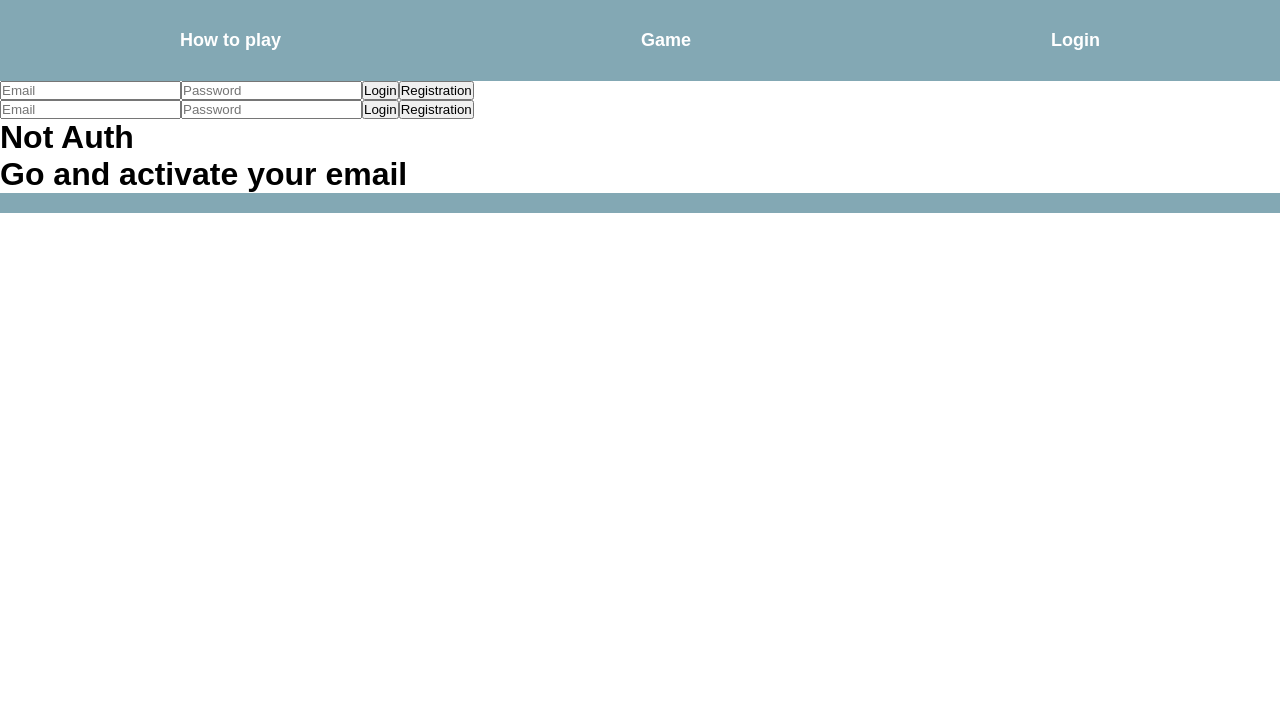
Repository: nika-otter/2048
Page: /login (app in client/)
These files come from the project's save history. The page is drawn as it stood at one moment and after the next save; the edit follows.
The browser window is 1280 px wide. The pictures show the whole page.
The project was rebuilt for these pictures with package versions that can differ from the ones it lists, and the page was loaded fresh each time. Also part of the build but not shown: client/src/pages/account/index.jsx, client/src/components/GamePage/GamePage.module.scss, client/src/components/ScoreTable/ScoreTable.module.scss, client/src/components/ScoreTable/ScoreTable.jsx, client/src/components/Game/Tile.jsx, client/src/components/Game/Cell.jsx, client/src/helper/index.js, client/src/hooks/useEvent.jsx and 5 more. Imported but missing from the stored project, and not drawn on this page: client/src/components/InstructionPage/InstructionPage.

Above is the page before, as saved 2023-04-30 16:32:00.

### client/src/index.js
import React from "react";
import ReactDOM from "react-dom/client";
import "./index.css";
import App from "./App";
import { BrowserRouter } from "react-router-dom";
import Store from "./store/store";

const store = new Store();

export const Context = React.createContext({
  store,
});

const root = ReactDOM.createRoot(document.getElementById("root"));
root.render(
  <Context.Provider value={{ store }}>
    <BrowserRouter>
      <App />
    </BrowserRouter>
  </Context.Provider>
);

### client/src/index.css
* {
  box-sizing: border-box;
  margin: 0;
  padding: 0;
}
#root {
  width: 100vw;
  height: 100%;
}

body {
  /* background-color: #ffffff;
  display: flex;
  justify-content: center;
  align-items: center;*/
  /* height: 100vh; */
  height: 100%;
}
html {
  height: 100%;
}
code {
  font-family: source-code-pro, Menlo, Monaco, Consolas, "Courier New",
    monospace;
}

### client/src/App.js
import { useContext, useEffect, useState } from "react";
import "./App.css";
import LoginForm from "./components/Login/LoginForm";
import AppRouter from "./router/AppRouter";
import { Context } from "./index";
import { observer } from "mobx-react-lite";
import UserService from "./services/UserService";
function App() {
  // const { store } = useContext(Context);
  // const [users, setUsers] = useState([]);
  // useEffect(() => {
  //   if (localStorage.getItem("token")) {
  //     // console.log(localStorage.getItem("token"));
  //     store.checkAuth();
  //   }
  // }, []);

  // if (store.isLoading) {
  //   return <div>Loading...</div>;
  // }
  // async function getUsers() {
  //   try {
  //     const response = await UserService.fetchUsers();
  //     setUsers(response.data);
  //     console.log(response);
  //     setUsers(response.data);
  //   } catch {}
  // }
  return (
    <div className="App">
      <AppRouter />
      {/* <h1>{store.isAuth ? `User: ${store.user.email}` : "Not Auth"}</h1>
      <h1>
        {" "}
        {store.user.isActivated ? `Activated` : "Go and activate your email"}
      </h1>
      <button onClick={() => store.logout()}>Logout</button>
      <button onClick={getUsers}>Get users</button>
      {users.map((user) => (
        <div key={user.email}>{user.email}</div>
      ))}      */}
      {/* <LoginForm /> */}
    </div>
  );
}

export default observer(App);

### client/src/store/store.js
import { makeAutoObservable } from "mobx";
import AuthService from "../services/AuthService";
import axios from "axios";
import { API_URL } from "../http";
import UserService from "../services/UserService";

export default class Store {
  user = {};
  isAuth = false;
  isLoading = false;
  scores = {};
  constructor() {
    makeAutoObservable(this);
  }
  setAuth(bool) {
    this.isAuth = bool;
  }
  setUser(user) {
    this.user = user;
  }

  setLoading(bool) {
    this.isLoading = bool;
  }

  setScores(scores) {
    this.scores = scores;
  }

  async login(email, password) {
    console.log("login");
    try {
      const response = await AuthService.login(email, password);
      console.log(response);
      localStorage.setItem("token", response.data.accessToken);
      this.setAuth(true);
      this.setUser(response.data.user);
      console.log(response.data.user);
    } catch (e) {
      console.log(e.response?.data?.message);
    }
  }

  async registration(email, password) {
    try {
      const response = await AuthService.registration(email, password);
      console.log(response);
      localStorage.setItem("token", response.data.accessToken);
      this.setAuth(true);
      this.setUser(response.data.user);
    } catch (e) {
      console.log(e.response?.data?.message);
    }
  }

  async logout() {
    try {
      const response = await AuthService.logout();
      console.log(response);
      localStorage.removeItem("token", response.data.accessToken);
      this.setAuth(false);
      this.setUser({});
    } catch (e) {
      console.log(e.response?.data?.message);
    }
  }

  async checkAuth() {
    console.log("checkAuth");
    this.setLoading(true);
    try {
      const response = await axios.get(`${API_URL}/refresh`, {
        withCredentials: true,
      });
      console.log(response, "response checkAuth");
      console.log(
        response.data.accessToken,
        "response.data.accessToken checkAuth"
      );
      localStorage.setItem("token", response.data.accessToken);

      this.setAuth(true);
      this.setUser(response.data.user);
    } catch (e) {
      console.log(e.response?.data?.message);
    } finally {
      this.setLoading(false);
    }
  }

  async saveScore(email, score) {
    try {
      const response = await UserService.updateScore(email, score);
      //   this.scores = response.data.user.scores;
      console.log(response.data.user.scores);
    } catch (e) {
      console.log(e.response?.data?.message);
    }
  }
  async getScores(email) {
    this.setLoading(true);
    try {
      const response = await UserService.getScores(email);
      console.log(response, "response getScores store");
      this.setScores(response.data.user.scores);
      //   console.log(response.data.user.scores);
    } catch (e) {
      console.log(e.response?.data?.message);
    } finally {
      // this.setLoading(false);
    }
  }
}

### client/src/App.css
.App {
  /* position: relative; */
  display: flex;
  flex-direction: column;
  height: 100%;
  /* background-color: rgb(188, 121, 39); */
}
/* main {
  flex: 1 0 auto;
} */

### client/src/components/Login/LoginForm.js
import React, { useContext, useState } from "react";
import { Context } from "../../index";
import { observer } from "mobx-react-lite";

const LoginForm = () => {
  const [email, setEmail] = useState("");
  const [password, setPassword] = useState("");
  const { store } = useContext(Context);

  return (
    <div>
      <input
        onChange={(e) => setEmail(e.target.value)}
        value={email}
        type="text"
        placeholder="Email"
      />
      <input
        onChange={(e) => setPassword(e.target.value)}
        value={password}
        type="password"
        placeholder="Password"
      />
      <button onClick={() => store.login(email, password)}>Login</button>
      <button onClick={() => store.registration(email, password)}>
        Registration
      </button>
    </div>
  );
};
export default observer(LoginForm);

### client/src/router/AppRouter.jsx
import { Routes, Route } from "react-router-dom";
import Account from "../pages/Account";
import Game from "../pages/Game";
import Instruction from "../pages/Instruction";
import Login from "../pages/Login";

const AppRouter = () => {
  return (
    <Routes>
      {/* <Route path="/game" element={<Game />} /> */}
      {/* <Route path="/account" element={<Account />} /> */}
      <Route path="/how-to-play" element={<Instruction />} />
      <Route path="/" element={<Game />} />
      <Route path="/login" element={<Login />} />
    </Routes>
  );
};

export default AppRouter;

### client/src/services/UserService.js
import $api from "../http";
export default class UserService {
  static fetchUsers() {
    return $api.get("/users");
  }

  static updateScore(email, score) {
    return $api.post(`/score`, { email, score });
  }

  static async getScores(email) {
    return $api.post(`/scores`, { email });
  }
}

### client/src/services/AuthService.js
import $api from "../http";
export default class AuthService {
  static async login(email, password) {
    return $api.post("/login", { email, password });
  }
  static async registration(email, password) {
    return $api.post("/registration", { email, password });
  }
  static async logout() {
    return $api.post("/logout");
  }
}

### client/src/http/index.js
import axios from "axios";

export const API_URL = "http://localhost:5000/api";

const $api = axios.create({
  withCredentials: true,
  baseURL: API_URL,
});

$api.interceptors.request.use((config) => {
  config.headers.Authorization = `Bearer ${localStorage.getItem("token")}`;
  return config;
});

$api.interceptors.response.use(
  (config) => {
    return config;
  },
  async (error) => {
    const originalRequest = error.config;
    if (
      error.response.status === 401 &&
      error.config &&
      !error.config._isRetry
    ) {
      originalRequest._isRetry = true;
      try {
        const response = await axios.get(`${API_URL}/refresh`, {
          withCredentials: true,
        });
        console.log(response, "response http");
        localStorage.setItem("token", response.data.accessToken);
        return $api.request(originalRequest);
      } catch (e) {
        console.log(e);
        console.log("НЕ АВТОРИЗОВАН");
      }
    }
    throw error;
  }
);
export default $api;

### client/src/pages/Login/index.jsx
import { useContext, useEffect, useState } from "react";
import Header from "../../components/Header/Header";
import LoginForm from "../../components/Login/LoginForm";
import { Context } from "../..";
import UserService from "../../services/UserService";
import { observer } from "mobx-react-lite";
import Footer from "../../components/Footer/Footer";
import LoginPage from "../../components/LoginPage/LoginPage";

function Login() {
  // const { store } = useContext(Context);
  // const [users, setUsers] = useState([]);
  // const [scores, setScores] = useState([]);
  // // console.log(store.user.scores, "store.user from login index.jsx");

  // useEffect(() => {
  //   if (localStorage.getItem("token")) {
  //     console.log(localStorage.getItem("token"), "token from login index.jsx");
  //     store.checkAuth();
  //   }
  // }, []);

  // if (store.isLoading) {
  //   return <div>Loading...</div>;
  // }
  // async function getUsers() {
  //   try {
  //     const response = await UserService.fetchUsers();
  //     // setUsers(response.data);
  //     console.log(response);
  //     setUsers(response.data);
  //   } catch (e) {
  //     console.log(e, "Error");
  //   }
  // }

  // async function getScores(email) {
  //   console.log(email, "email from getScores");
  //   try {
  //     const response = await UserService.getScores(email);
  //     // setUsers(response.data);
  //     console.log(response, "response from getScores");
  //     // console.log(response.data.data.user.scores, "response.data.user.scores");
  //     setScores(response.data.scores);
  //   } catch (e) {
  //     console.log(e, "Error");
  //   }
  // }
  return (
    <>
      {/* <Header /> */}
      {/* {store.isAuth ? <> </> : <LoginForm />}

      <h1>{store.isAuth ? `User: ${store.user.email}` : "Not Auth"}</h1>
      <h1>
        {" "}
        {store.user.isActivated ? `Activated` : "Go and activate your email"}
      </h1>
      {store.isAuth ? (
        <button onClick={() => store.logout()}>Logout</button>
      ) : (
        <> </>
      )} */}
      <LoginPage />
      {/* <Footer /> */}
    </>
  );
}

export default observer(Login);

### client/src/components/Footer/Footer.jsx
import classes from "./Footer.module.scss";

function Footer() {
  return <footer className={classes.footer}></footer>;
}

export default Footer;

### client/src/components/Header/Header.jsx
import { Link } from "react-router-dom";
import classes from "./Header.module.scss";

function Header() {
  return (
    <header className={classes.header}>
      <Link className={classes.link} to="/how-to-play">
        How to play
      </Link>
      <Link className={classes.link} to="/">
        Game
      </Link>
      <Link className={classes.link} to="/login">
        Login
      </Link>
    </header>
  );
}

export default Header;

### client/src/components/LoginPage/LoginPage.jsx
import classes from "./LoginPage.module.scss";
import LoginForm from "../Login/LoginForm";
import { useContext, useEffect, useState } from "react";
import { Context } from "../..";
import Header from "../Header/Header";
import Footer from "../Footer/Footer";

function LoginPage() {
  const { store } = useContext(Context);
  //  const [users, setUsers] = useState([]);
  //  const [scores, setScores] = useState([]);
  // console.log(store.user.scores, "store.user from login index.jsx");

  useEffect(() => {
    if (localStorage.getItem("token")) {
      console.log(localStorage.getItem("token"), "token from login index.jsx");
      store.checkAuth();
    }
  }, []);

  if (store.isLoading) {
    return <div>Loading...</div>;
  }
  return (
    <>
      <Header />
      <main className={classes.main}>
        <LoginForm />
        {store.isAuth ? <> </> : <LoginForm />}

        <h1>{store.isAuth ? `User: ${store.user.email}` : "Not Auth"}</h1>
        <h1>
          {" "}
          {store.user.isActivated ? `Activated` : "Go and activate your email"}
        </h1>
        {store.isAuth ? (
          <button onClick={() => store.logout()}>Logout</button>
        ) : (
          <> </>
        )}
        {/* <ScoreTable /> */}

        <Footer />
      </main>
    </>
  );
}

export default LoginPage;

### client/src/components/Footer/Footer.module.scss
.footer {
  flex: 0 0 auto;
  height: 20px;
  background-color: rgb(131, 168, 180);
  width: 100%;
}

### client/src/components/Header/Header.module.scss
.header {
  display: flex;
  justify-content: space-around;
  background-color: #83a8b4;
  width: 100%;
}
.link {
  color: white;
  text-decoration: none;
  font-size: large;
  margin-top: 20px;
  margin-bottom: 20px;
  padding: 10px;
  font-weight: bold;
  border-radius: 5px;
  &:hover {
    color: rgb(106, 134, 144);
    background-color: rgb(255, 255, 255);
  }
}

### client/src/components/LoginPage/LoginPage.module.scss
.main {
  flex: 1 0 auto;
}

### client/src/components/Game/Board.scss
// @font-face {
//   font-family: "Clear Sans";
//   src: url("../src/clear-sans.ttf") format("truetype");
// }

body {
  display: flex;
  //   background: rgb(2,0,36);
  // background: linear-gradient(90deg, rgba(2,0,36,1) 0%, rgba(87,64,124,1) 47%, rgba(0,212,255,1) 100%);
  //   color: white;
  // flex-direction: column;
  // justify-content: center;
  // align-content: center;
  // align-items: center;
  font-family: "Clear Sans", sans-serif;
  // font-size: 21px;
}

.text {
  // order: 2;
  // padding-top: 40px;
  // width: 440px;
  // font-weight: bold;
}
// main {
//   min-height: 90vh;
// }

// .wrapper {
//   display: flex;
//   flex-direction: column;
//   height: 100%;
// }
// .content {
//   flex: 1 0 auto;
// }
// .footer {
//   flex: 0 0 auto;
// }

.board {
  // order: 1;
  // display: inline-block;

  display: block;
  // justify-content: center;
  margin-left: auto;
  margin-right: auto;
  width: 440px;
  height: 440px;
  // padding: 5px; //вернути треба
  background-color: rgb(131, 168, 180);
  border-radius: 3px;
  // outline: none;
  position: relative;
}

// .board .cell,
// .tile {
//   // user-select: none;
//   // cursor: default;
// }

.details-box {
  display: flex;
  align-items: center;
  padding: 10px;
  justify-content: space-between;
}

.resetButton {
  background-color: rgb(131, 168, 180);
  color: rgb(255, 255, 255);
  cursor: pointer;
  font-size: 25px;
  // padding: 10px 20px;
  border-radius: 3px;
  transition: color 0.3s ease, background-color 0.3s ease;
  &:hover {
    background-color: rgb(131, 168, 180);
    color: rgba(255, 255, 255, 1);
  }
}

.score-header {
  font-size: 1rem;
}

.score-box {
  background-color: rgb(131, 168, 180) 6;
  color: rgb(129, 2, 2);
  // min-width: 50px;
  // width: 70px;
  // padding: 5px 15px;
  border-radius: 3px;
}

.cell,
.tile {
  // display: inline-block;
  width: 100px;
  height: 100px;
  margin: 5px;
  // line-height: 90px;
  display: inline-block;
  font-size: 55px;
  font-weight: bold;
  text-align: center;
  vertical-align: middle;
  border-radius: 3px;
  font-family: "Clear Sans";
  color: rgb(8, 4, 4);
  background-color: rgb(224, 236, 240);
}

.tile0 {
  background-color: rgb(238, 247, 249);
}

.tile2 {
  background-color: rgb(224, 240, 245);
  // background-image: url(./assets/img/2.gif);
}

.tile4 {
  background-color: rgb(199, 221, 228);
  // background-image: url(./assets/img/4.gif);
}

.tile8 {
  background-color: rgb(187, 212, 220);
  // background-image: url(./assets/img/8.gif);
}

.tile16 {
  background-color: rgb(171, 195, 203);
  // background-image: url(./assets/img/16.gif);
}

.tile32 {
  background-color: rgb(140, 165, 174);
  // background-image: url(./assets/img/32.gif);
}

.tile64 {
  background-color: rgb(116, 144, 153);
  // background-image: url(./assets/img/64.gif);
}

.tile128 {
  background-color: rgb(98, 125, 134);
  // background-image: url(./assets/img/128.gif);
}

.tile256 {
  background-color: rgb(71, 91, 98);
  // background-image: url(./assets/img/256.gif);
  font-size: 45px;
}

.tile512 {
  background-color: rgb(45, 68, 75);
  // background-image: url(./assets/img/512.gif);
  font-size: 45px;
}

.tile1024 {
  background-color: rgb(40, 68, 78);
  // background-image: url(./assets/img/1024.gif);
  font-size: 35px;
}

.tile2048 {
  position: absolute;
  background-size: contain;
  left: 0;
  right: 0;
  top: 0;
  bottom: 0;
  padding: 0px;
  background-color: rgb(12, 42, 52);
  // background-image: url(./assets/img/2048.gif);
  font-size: 35px;
}

.try-again {
  z-index: 10;
  height: 100px;
  width: 100px;
  // background-image: url(./assets/img/try-again.gif);
}

.tile {
  position: absolute;
}

.tile.merged {
  display: none;
}

// .tile.merged.isMoving {
//   display: inline;
// }

.tile.new {
  animation-duration: 0.3s;
  animation-name: newTile;
  animation-fill-mode: forwards;
  // animation-delay: 0.15s;
  transform: scale(0);
}
// .tile.random {
//   animation-duration: 3s;
//   animation-name: newTile;
//   animation-fill-mode: forwards;
//   // animation-delay: 0.15s;
//   transform: scale(0);
// }

@keyframes newTile {
  from {
    transform: scale(0);
  }
  to {
    transform: scale(1);
  }
}

// .overlay {
//   position: absolute;
//   top: 0px;
//   bottom: 0px;
//   display: flex;
//   flex-direction: column;
//   align-items: center;
//   justify-content: center;
//   text-align: center;
//   left: 0px;
//   right: 0px;
//   font-size: 55px;
//   font-weight: bolder;
//   border-radius: 7px;
// }

// .tryAgain {
//   background-color: #876;
//   color: #fff;
//   height: 40px;
//   width: 200px;
//   font-size: 20px;
//   font-weight: bold;
//   cursor: pointer;
//   border: none;
//   border-radius: 5px;
//   border: 2px solid white;
// }

// .gameOver {
//   background-size: contain;
//   background-image: url(./assets/img/game-over.gif);
//   position: absolute;
//   top: 0;
//   right: 0;
//   bottom: 0;
//   left: 0;
//   z-index: 100;
//   text-align: center;
// }

.overlay .message {
  color: #666;
}

@for $row from 0 through 3 {
  @for $column from 0 through 3 {
    .position_#{$row}_#{$column}:not(.isMoving) {
      top: 110px * $row;
      left: 110px * $column;
    }
  }
}

@for $fromRow from 0 through 3 {
  @for $toRow from 0 through 3 {
    $name: row_from_#{$fromRow}_to_#{$toRow};

    @if $fromRow == $toRow {
      .#{$name} {
        top: 110px * $toRow;
      }
    } @else {
      .#{$name} {
        animation-duration: 0.2s;
        animation-name: $name;
        animation-fill-mode: forwards;
      }

      @keyframes #{$name} {
        from {
          top: 110px * $fromRow;
        }
        to {
          top: 110px * $toRow;
        }
      }
    }
  }
}

@for $fromColumn from 0 through 3 {
  @for $toColumn from 0 through 3 {
    $name: column_from_#{$fromColumn}_to_#{$toColumn};

    @if $fromColumn == $toColumn {
      .#{$name} {
        left: 110px * $toColumn;
      }
    } @else {
      .#{$name} {
        animation-duration: 0.2s;
        animation-name: $name;
        animation-fill-mode: forwards;
      }

      @keyframes #{$name} {
        from {
          left: 110px * $fromColumn;
        }
        to {
          left: 110px * $toColumn;
        }
      }
    }
  }
}

Loaded but not shown: client/public/index.html (common file)

After the next save:
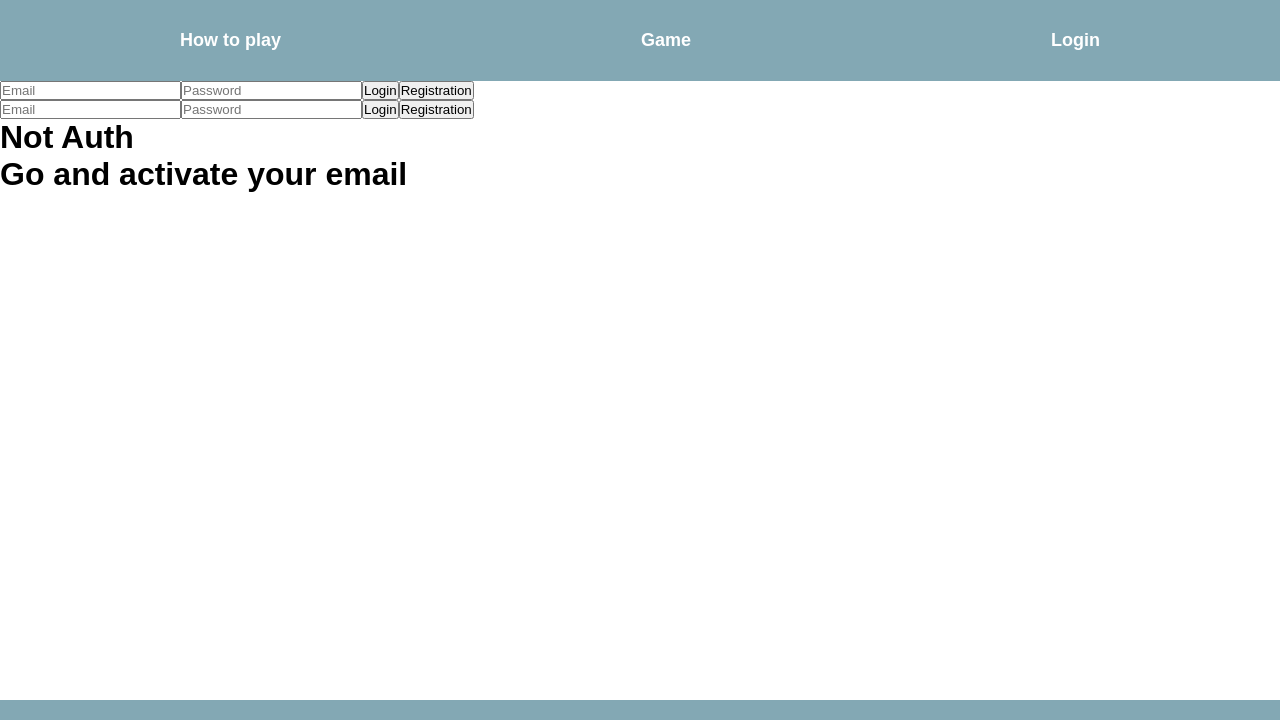
Saved 39 s later.
--- a/client/src/components/LoginPage/LoginPage.jsx
+++ b/client/src/components/LoginPage/LoginPage.jsx
@@ -39,9 +39,8 @@ function LoginPage() {
           <> </>
         )}
         {/* <ScoreTable /> */}
-
-        <Footer />
       </main>
+      <Footer />
     </>
   );
 }
